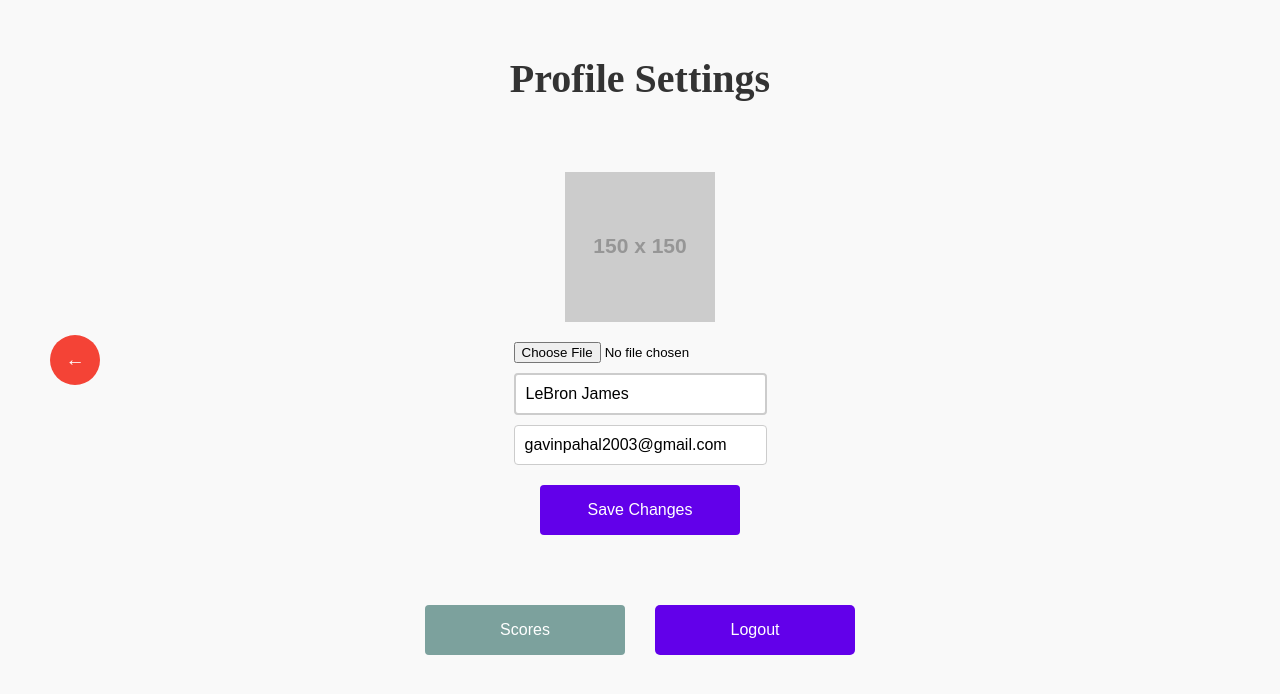
Repository: parnelltse/frontend2-courseproject
Page: /profilesettings
An editor plug-in stored every save of this project. The page is shown before and after the next save, followed by the edit.
The browser window is 1280 px wide. The pictures show the whole page.
The project was rebuilt for these pictures with package versions that can differ from the ones it lists, and the page was loaded fresh each time. Also part of the build but not shown: vite.config.js, src/pages/landing.jsx, src/pages/home.jsx, src/pages/gameoptions.jsx, src/pages/appsettings.jsx, src/pages/gamehistory.jsx, src/pages/singleplayer.jsx, src/pages/multiplayer.jsx and 4 more.

Above is the page before, as saved 2024-11-17 01:26:01.

### src/App.jsx
import React, { useState } from 'react';
import { BrowserRouter as Router, Routes, Route } from 'react-router-dom';
import { Landing } from './pages/landing';
import Home from './pages/home';
import Gameoptions from './pages/gameoptions';
import AppSettings from './pages/appsettings';
import ProfileSettings from './pages/profilesettings';
import GameHistory from './pages/gamehistory'; // Import GameHistory
import SinglePlayer from './pages/singleplayer';
import MultiPlayer from './pages/multiplayer';
import ResumeGame from './pages/resumegame';
import SingleGame from './pages/singlegame';
import MultiGame from './pages/multigame';

function App() {
  const [scores, setScores] = useState([
    { date: '2024-10-19', score: 85, gameMode: 'Single Player' },
    { date: '2024-10-18', score: 90, gameMode: 'Multiplayer' },
    { date: '2024-10-17', score: 75, gameMode: 'Single Player' },
  ]);

  return (
    <Router>
      <Routes>
        <Route path="/" element={<Landing />} />
        <Route path="/home" element={<Home />} />
        <Route path="/gameoptions" element={<Gameoptions />} />
        <Route path="/appsettings" element={<AppSettings />} />
        <Route path="/profilesettings" element={<ProfileSettings />} />
        <Route path="/gamehistory" element={<GameHistory scores={scores} />} /> {/* Pass scores as prop */}
        <Route path="/singleplayer" element={<SinglePlayer />} />
        <Route path="/multiplayer" element={<MultiPlayer />} />
        <Route path="/resumegame" element={<ResumeGame />} />
        <Route path="/singlegame" element={<SingleGame />} />
        <Route path="/multigame" element={<MultiGame />} />
      </Routes>
    </Router>
  );
}

export default App;

### src/pages/profilesettings.jsx
import React, { useState } from 'react';
import { useNavigate } from 'react-router-dom';
import BackButton from "../components/BackButton";

const ProfileSettings = () => {
  const [profile, setProfile] = useState({
    name: 'LeBron James',
    email: 'gavinpahal2003@gmail.com',
    avatar: 'https://via.placeholder.com/150',
  });

  const navigate = useNavigate();

  // Handle text input changes
  const handleChange = (e) => {
    const { name, value } = e.target;
    setProfile({ ...profile, [name]: value });
  };

  // Handle avatar upload
  const handleImageUpload = (e) => {
    const file = e.target.files[0];
    if (file) {
      const reader = new FileReader();
      reader.onload = () => setProfile({ ...profile, avatar: reader.result });
      reader.readAsDataURL(file);
    }
  };

  return (
    <div className="profile-settings-container">
      <div className="profile-back">
        <BackButton/>
      </div>

      {/* Profile Settings Title */}
      <h1 className="profile-settings-title">Profile Settings</h1>

      {/* Profile Info */}
      <div className="profile-info">
        <div className="profile-avatar">
          <img src={profile.avatar} alt="Avatar" width={150} className="avatar"/>
          <input type="file" accept="image/*" onChange={handleImageUpload} />
        </div>
        <input
          className="username-input"
          type="text"
          name="name"
          value={profile.name}
          onChange={handleChange}
          placeholder="Name"
        />
        <input
          className="username-input"
          type="email"
          name="email"
          value={profile.email}
          onChange={handleChange}
          placeholder="Email"
        />
        <button className="save-button" onClick={() => alert('Profile saved!')}>
          Save Changes
        </button>
      </div>

      {/* Navigation Buttons */}
      <div className="navigation-buttons">
        <button className="scores-button" onClick={() => navigate('/gamehistory')}>
          Scores
        </button>
        <button className="logout-button" onClick={() => navigate('/landing')}>Logout</button>
      </div>
    </div>
  );
};

export default ProfileSettings;

### src/App.css
/* General Reset */
* {
	margin: 0;
	padding: 0;
	box-sizing: border-box;
}

/* Home page */
.container {
	align-items: center; /* Center the items horizontally */
	justify-content: center; /* Center the items vertically */
	min-height: 100vh; /* Full viewport height */
	background-color: #e3f2fd; /* Light blue background color */
	padding: 20px; /* Padding around content */
	padding-top: 15vh;
}

header {
	text-align: center;
	margin-bottom: 40px; /* Space below header */
	margin: auto;
}

button {
	background-color: #1e88e5; /* Button background color */
	color: white; /* White text color */
	border: none; /* Remove border */
	border-radius: 5px; /* Rounded corners */
	padding: 10px; /* Padding for buttons */
	cursor: pointer; /* Pointer cursor */
	transition: background-color 0.3s; /* Smooth background transition */
	width: 200px; /* Fixed width for all buttons */
	height: 50px; /* Fixed height for all buttons */
	font-size: 1rem; /* Font size for button text */
	margin: 10px; /* Space between buttons */
}

button:hover {
	background-color: #1565c0; /* Darker button color on hover */
}

.button-container {
	display: flex; /* Use flexbox for button alignment */
	flex-direction: column; /* Stack buttons vertically */
	align-items: center; /* Center buttons horizontally */
}

.title {
	font-size: 2.5rem; /* Title font size */
	text-align: center; /* Center the title text */
	margin-bottom: 20px; /* Space below title */
}

.profile-button {
	background-color: #6200ea; /* Primary color */
	color: white; /* White text */
	border: none; /* Remove border */
	border-radius: 5px; /* Rounded corners */
	padding: 10px 20px; /* Button padding */
	font-size: 24px; /* Font size */
	cursor: pointer; /* Pointer cursor on hover */
	transition: background-color 0.3s; /* Smooth background transition */
	width: 200px; /* Ensure the width matches other buttons */
	height: 50px; /* Ensure the height matches other buttons */
	margin-top: 100px;
}

.profile-button:hover {
	background-color: #3700b3; /* Darker shade on hover */
}

.button-container {
	display: flex;
	gap: 20px; /* Space between buttons */
}

.play-button,
.settings-button {
	background-color: #03dac6; /* Secondary color */
	border: none;
	border-radius: 5px;
	padding: 15px 25px; /* Button padding */
	font-size: 1.5rem; /* Font size */
	cursor: pointer; /* Pointer cursor on hover */
	transition: background-color 0.3s; /* Smooth background transition */
	align-items: center;
	text-align: center;
}

.play-button {
	color: rgb(74, 96, 86); /* darker text */
}

.settings-button {
	color: white; /* white text */
}

.play-button:hover {
	background-color: #018786; /* Darker shade on hover */
	color: white; /* white text */

}

.settings-button {
	background-color: #ff5722; /* Different color for settings */
}

.settings-button:hover {
	background-color: #c41c00; /* Darker shade on hover */
}

/* Typography */
h1 {
	font-size: 2.5rem;
	text-align: center;
	margin-bottom: 20px;
}

h2 {
	font-size: 1.75rem;
	text-align: center;
	margin-bottom: 15px;
}

/* Button Styles */
button {
	background-color: #6200ea;
	color: white;
	padding: 10px 20px;
	border: none;
	border-radius: 5px;
	cursor: pointer;
	margin: 10px;
	transition: background-color 0.3s ease;
}

button:hover {
	background-color: #3700b3;
}

/* Form Input Styles */
input[type="text"],
input[type="password"],
input[type="number"] {
	width: 100%;
	padding: 10px;
	margin: 10px 0;
	box-sizing: border-box;
	border: 2px solid #ccc;
	border-radius: 4px;
}

form {
	max-width: 400px;
	margin: 20px auto;
	display: flex;
	flex-direction: column;
}

/* Back Button */
button.back-btn {
	background-color: #f44336;
	color: white;
	border-radius: 50%;
	width: 50px;
	height: 50px;
	display: flex;
	justify-content: center;
	align-items: center;
	font-size: 1.2rem;
}

button.back-btn:hover {
	background-color: #e53935;
}

/* App Settings */
.app-settings {
	display: flex;
	flex-direction: column;
	justify-content: center;
	align-items: center;
	padding: 20px;
	text-align: center;
	min-height: 100vh;
	padding-top: 20vh;
}

.setting-bottons {
	display: flex;
	justify-content: center;
	flex-direction: column;
	margin: auto;
	align-items: center;
}

.theme-toggle {
	background-color: #333;
	color: white;
	padding: 10px;
	border-radius: 5px;
	cursor: pointer;
}

.theme-toggle:hover {
	background-color: #555;
}

/* Game Options */
.game-options {
	display: flex;
	flex-direction: column;
	align-items: center;
	margin: 20px;
}

button.grid-size {
	background-color: #2196f3;
	margin: 5px;
}

button.grid-size:hover {
	background-color: #1976d2;
}

/* single and multiplayer pages */
img {
	max-width: 100%;
	height: auto;
	display: block;
	margin: 0 auto;
}

.game-grid {
	display: grid;
	justify-content: center; /* Center the grid */
	gap: 20px; /* Space between cards */
	padding: 100px 100px 0 100px;
	grid-template-columns: repeat(auto-fit, minmax(100px, 1fr)); /* Auto-adjust columns */
	margin-bottom: 0;
  }

.game-item {
	background-color: #c5d9e8; /* Background color for game items */
	border: 1px solid #100f0f; /* Border for each game item */
	border-radius: 5px; /* Rounded corners */
	display: flex; /* Center content */
	align-items: center; /* Center content vertically */
	justify-content: center; /* Center content horizontally */
	height: 100px; /* Fixed height for game items */
	width: 200px;
	font-size: 1.2em; /* Font size for game item text */
}

/* history page */

.history-container {
	display: flex;
	flex-direction: column;
	align-items: center;
	justify-content: center;
	min-height: 100vh; /* Full viewport height */
	background-color: #f9f9f9; /* Light background color */
	padding: 20px; /* Padding around content */
}

.history-title {
	font-size: 2.5rem; /* Title font size */
	color: #333; /* Darker text color */
	margin-bottom: 10px; /* Space below title */
}

.history-description {
	font-size: 1.2rem; /* Description font size */
	color: #666; /* Slightly lighter text color */
	text-align: center; /* Center-align description */
	margin-bottom: 30px; /* Space below description */
}

.score-table {
	width: 100%;
	max-width: 600px; /* Max width for the table */
	margin: 0 auto; /* Center the table */
	background-color: white; /* White background for the table */
	border-radius: 8px; /* Rounded corners */
	box-shadow: 0 4px 8px rgba(0, 0, 0, 0.1); /* Subtle shadow */
	overflow: hidden; /* Ensure rounded corners apply */
}

table {
	width: 100%; /* Full width of the table */
	border-collapse: collapse; /* Remove space between table cells */
}

th,
td {
	padding: 15px; /* Cell padding */
	text-align: left; /* Align text to the left */
	border-bottom: 1px solid #e0e0e0; /* Bottom border for rows */
}

th {
	background-color: #6200ea; /* Header background color */
	color: white; /* White text for header */
}

tr:hover {
	background-color: #f1f1f1; /* Highlight row on hover */
}

.back-button {
	margin-top: 20px; /* Space above the back button */
}

/* profile settings page*/

.profile-settings-container {
	display: flex;
	flex-direction: column;
	align-items: center;
	justify-content: center;
	min-height: 100vh; /* Full viewport height */
	background-color: #f9f9f9; /* Light background color */
	padding: 20px; /* Padding around content */
}

.profile-settings-title {
	font-size: 2.5rem; /* Title font size */
	color: #333; /* Darker text color */
	margin-bottom: 20px; /* Space below title */
}

.submitted-username {
	font-size: 1.5rem; /* Font size for submitted username */
	color: #6200ea; /* Color for submitted username */
	margin-bottom: 20px; /* Space below username display */
}

.profile-settings-form {
	display: flex;
	flex-direction: column;
	align-items: center; /* Center align the form elements */
	margin-bottom: 20px; /* Space below the form */
}

.username-input {
	padding: 10px; /* Padding for input */
	font-size: 1rem; /* Font size for input */
	border: 1px solid #ccc; /* Border for input */
	border-radius: 4px; /* Rounded corners */
	margin-bottom: 10px; /* Space below input */
	width: 100%; /* Full width */
	max-width: 300px; /* Max width for input */
}

.save-button {
	padding: 10px 20px; /* Padding for button */
	background-color: #6200ea; /* Button background color */
	color: white; /* Button text color */
	border: none; /* Remove border */
	border-radius: 4px; /* Rounded corners */
	cursor: pointer; /* Pointer cursor on hover */
	font-size: 1rem; /* Font size for button */
}

.save-button:hover {
	background-color: #3700b3; /* Darker button color on hover */
}

.navigation-buttons {
	display: flex;
	gap: 10px; /* Space between navigation buttons */
}

.scores-button {
	padding: 10px 20px; /* Padding for button */
	background-color: #7ca19d; /* Button background color */
	color: white; /* Button text color */
	border: none; /* Remove border */
	border-radius: 4px; /* Rounded corners */
	cursor: pointer; /* Pointer cursor on hover */
	font-size: 1rem; /* Font size for button */
}

.scores-button:hover {
	background-color: #018786; /* Darker button color on hover */
}

/* game options page */

.game-options-container {
	display: flex;
	flex-direction: column;
	align-items: center;
	justify-content: center;
	min-height: 100vh; /* Full viewport height */
	background-color: #f0f4f8; /* Light background color */
	padding: 20px; /* Padding around content */
}

.game-options-title {
	font-size: 2.5rem; /* Title font size */
	color: #333; /* Darker text color */
	margin-bottom: 40px; /* Space below title */
}

.game-options-buttons {
	display: flex;
	flex-direction: column; /* Arrange buttons vertically */
	gap: 15px; /* Space between buttons */
}

.game-option-button {
	padding: 15px 30px; /* Padding for buttons */
	font-size: 1.2rem; /* Font size for buttons */
	background-color: #6200ea; /* Button background color */
	color: white; /* Button text color */
	border: none; /* Remove border */
	border-radius: 5px; /* Rounded corners */
	cursor: pointer; /* Pointer cursor on hover */
	transition: background-color 0.3s; /* Smooth background transition */
	width: 100%; /* Full width */
	max-width: 300px; /* Max width for buttons */
}

.game-option-button:hover {
	background-color: #3700b3; /* Darker button color on hover */
}

/* create account page */

.create-container {
	display: flex;
	flex-direction: column;
	align-items: center;
	justify-content: center;
	min-height: 100vh; /* Full viewport height */
	background-color: #f0f4f8; /* Light background color */
	padding: 20px; /* Padding around content */
}

.create-header {
	text-align: center; /* Center header text */
	margin-bottom: 40px; /* Space below header */
}

.create-header h1 {
	font-size: 2.5rem; /* Title font size */
	color: #000000; /* Primary color for title */
}

.create-header h2 {
	font-size: 1.5rem; /* Subtitle font size */
	color: #333; /* Darker color for subtitle */
	margin-top: 10px; /* Space above subtitle */
}

.create-container > * {
	margin: 10px 0; /* Space between elements */
}

.back-button {
	margin-top: 20px; /* Space above back button */
	background-color: #6200ea; /* Match primary color */
	color: white; /* White text color */
	border: none; /* Remove border */
	border-radius: 5px; /* Rounded corners */
	padding: 10px 20px; /* Padding for button */
	cursor: pointer; /* Pointer cursor */
	transition: background-color 0.3s; /* Smooth background transition */
}

.back-button:hover {
	background-color: #3700b3; /* Darker button color on hover */
}

/* login page */
.login-container {
	align-items: flex-start;
	justify-content: center;
	min-height: 100vh; /* Full viewport height */
	background-color: #ede3fd; /* Light blue background color */
	padding-top: 20vh;
}

.login-header {
	text-align: center; /* Center header text */
	margin-bottom: 40px; /* Space below header */
}

.login-header h1 {
	font-size: 2.5rem; /* Title font size */
	color: #3700b3; /* Primary color for title */
}

.login-header h2 {
	font-size: 1.5rem; /* Subtitle font size */
	color: #424242; /* Darker color for subtitle */
	margin-top: 10px; /* Space above subtitle */
}

.account-form {
	width: 100%; /* Full width for the form */
	max-width: 400px; /* Maximum width for the form */
	background-color: white; /* White background for form */
	border-radius: 8px; /* Rounded corners */
	box-shadow: 0 2px 10px rgba(0, 0, 0, 0.1); /* Subtle shadow */
	padding: 20px; /* Padding inside the form */
}

button {
	background-color: #6200ea; /* Match primary color */
	color: white; /* White text color */
	border: none; /* Remove border */
	border-radius: 5px; /* Rounded corners */
	padding: 10px 20px; /* Padding for button */
	cursor: pointer; /* Pointer cursor */
	transition: background-color 0.3s; /* Smooth background transition */
}

button:hover {
	background-color: #3700b3; /* Darker button color on hover */
}

.account-form input {
	margin: 10px 0; /* Space between inputs */
	padding: 10px; /* Padding for inputs */
	border: 1px solid #ccc; /* Light border for inputs */
	border-radius: 5px; /* Rounded corners for inputs */
	width: 100%; /* Full width for inputs */
}

.profile-back {
	align-items: flex-start;
	display: flex;
	flex-direction: row;
	justify-content: flex-start;
	padding-left: 20px;
	position: absolute;
	left: 20px;
	z-index: 5;
}

.profile-info {
	display: flex;
	flex-direction: column;
	justify-content: center;
	align-items: center;
	padding: 50px;
}

.profile-avatar{
	display: flex;
	flex-direction: column;
	justify-content: center;
	align-items: center;
}

.avatar {
	padding-bottom: 20px;
}

### src/components/BackButton.jsx
import React from "react";
import { useNavigate } from "react-router-dom";

export default function BackButton() {
	const navigate = useNavigate();

	return (
		<button className="back-btn" onClick={() => navigate(-1)}>
			&#x2190;
		</button>
	);
}

Loaded but not shown: index.html (common file); src/main.jsx (common file)

After the next save:
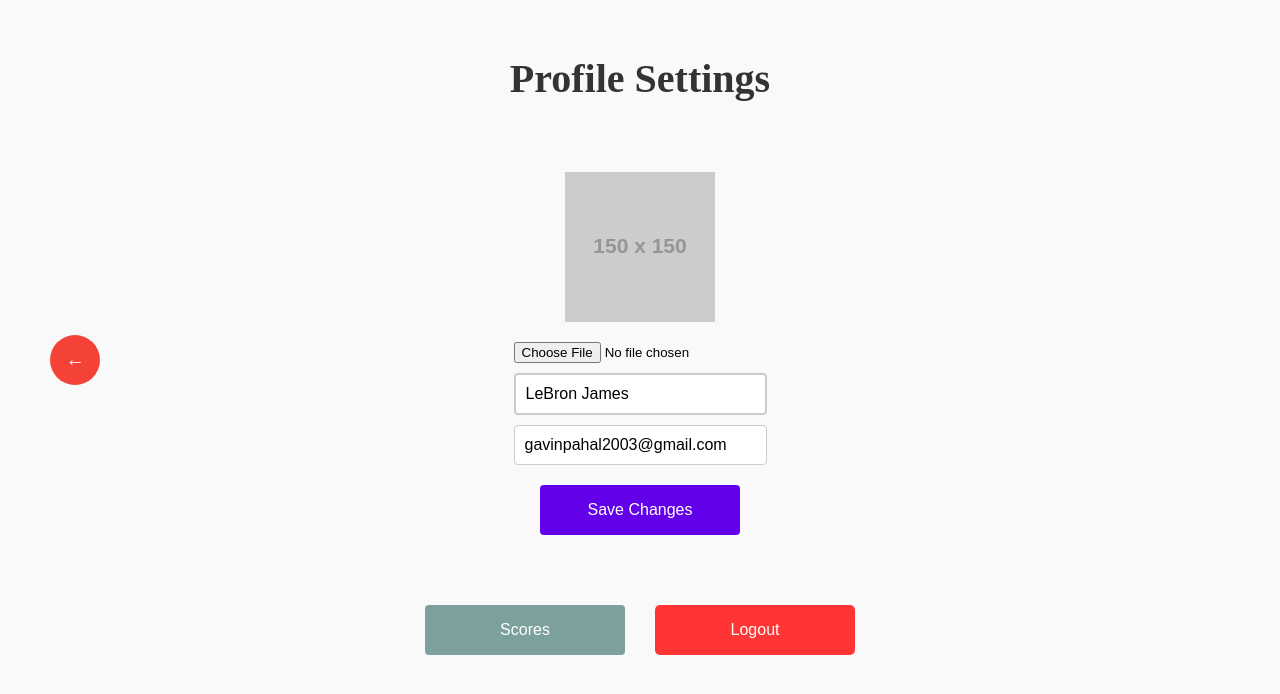
Saved 64 s later.
--- a/src/App.css
+++ b/src/App.css
@@ -559,3 +559,11 @@ button:hover {
 .avatar {
 	padding-bottom: 20px;
 }
+
+.logout-button {
+	background-color: rgb(255, 52, 52);
+}
+
+.logout-button:hover {
+	background-color: rgb(181, 36, 36);
+}
